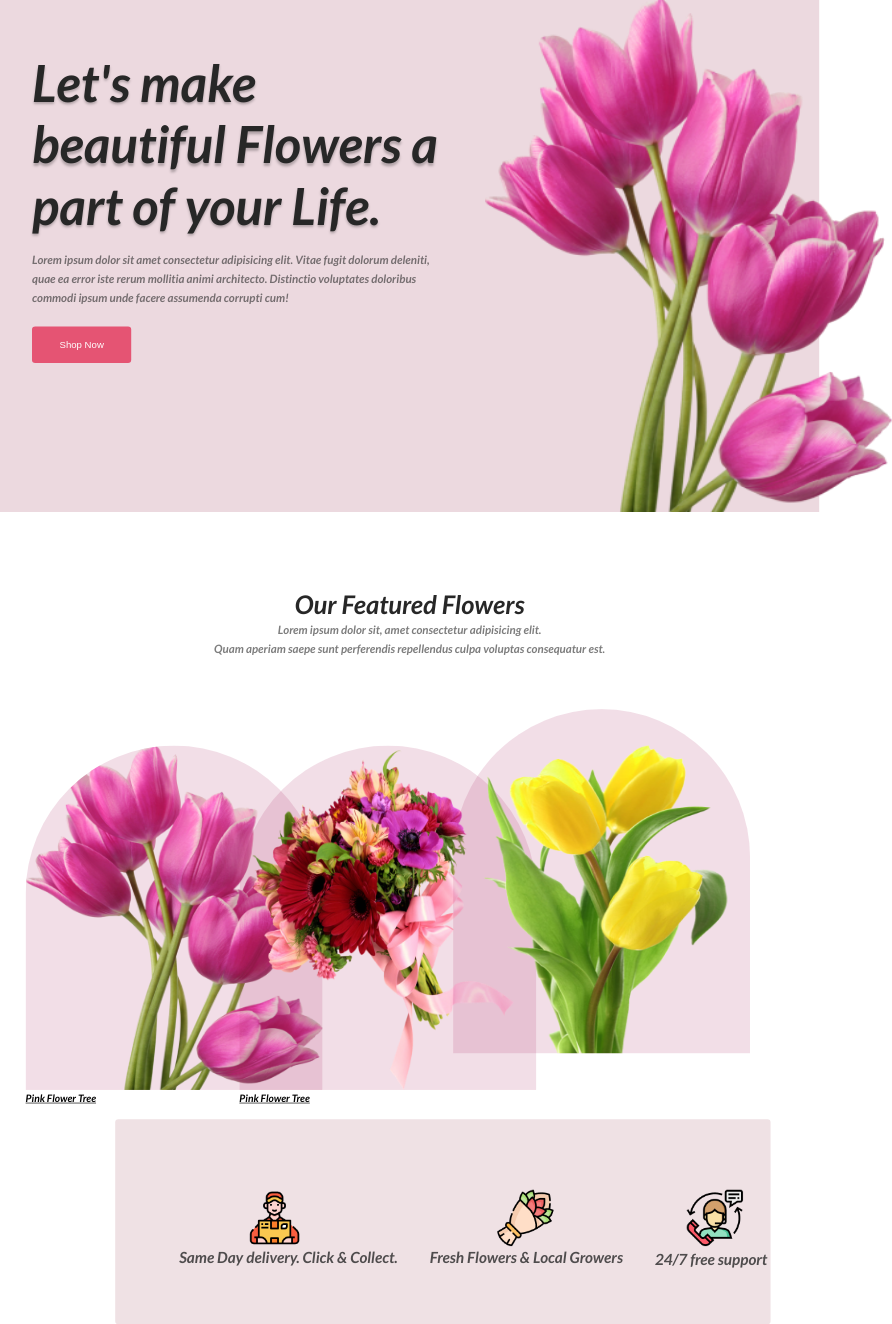
Repository: AnitaAkter/anita-flower-shop
Page: index.html
An editor plug-in stored every save of this project. The page is shown before and after a run of saves, followed by the edit.
The browser window is 1280 px wide. The page is 1393 px wide, so the pictures cover 1393 px, including what lies to the right of the window. The pictures show the whole page, at 64% of full size.

Above is the page before, as saved 2023-09-05 22:11:33.

### index.html
<!DOCTYPE html>
<html lang="en">

<head>
    <meta charset="UTF-8">
    <meta http-equiv="X-UA-Compatible" content="IE=edge">
    <meta name="viewport" content="width=device-width, initial-scale=1.0">
    <title>Anita's Flower Shop</title>
    <link rel="preconnect" href="https://fonts.googleapis.com">
    <link rel="preconnect" href="https://fonts.gstatic.com" crossorigin>
    <link href="https://fonts.googleapis.com/css2?family=Lato:ital,wght@1,700&display=swap" rel="stylesheet">
    <link rel="stylesheet" href="style.css">
</head>

<body>
    <div>
        <!-- /* Header -section start */ -->
        <header>
            <div class="header-intro">
                <h1>Let's make <br> beautiful Flowers a <br>part of your Life.</h1>
                <div class="header-p">
                    <p>Lorem ipsum dolor sit amet consectetur adipisicing elit. Vitae fugit dolorum deleniti, quae ea
                        error
                        iste rerum mollitia animi architecto. Distinctio voluptates doloribus commodi ipsum unde facere
                        assumenda corrupti cum!</p>
                </div>
                <button class="header-btn">Shop Now</button>
            </div>
            <div class="header-pic">
                <img src="images/pngwing 6.png" alt="">
            </div>
        </header>
        <!-- /* Header -section end */ -->
        <main>
            <div class="flowers-info">
                <h3>Our Featured Flowers</h3>
                <p>Lorem ipsum dolor sit, amet consectetur adipisicing elit. <br>
                    Quam aperiam saepe sunt perferendis repellendus culpa voluptas consequatur est.
                </p>
            </div>
            <div class="flowers-add">
                <div class="flowers-img">
                    <div class="flowers">
                        <img src="images/pngwing 6.png" alt="">
                        <p> <u>Pink Flower Tree</u> </p>
                    </div>
                    <div class="flowers">
                        <img src="images/pngwing 5.png" alt="">
                        <p><u>Pink Flower Tree</u></p>
                    </div>
<div>
    <img class="flowers" src="images/pngwing 7.png" alt="">
</div>

                </div>
            </div>






            <!-- Delivery section start -->
            <div class="delivery">
                <div class="delivery-img">
                    <div class="d-img">
                        <img src="images/Group 57.png" alt="">
                        <p>Same Day delivery. Click & Collect.</p>
                    </div>
                    <div class="d-img">
                        <img src="images/Group 58.png" alt="">
                        <p>Fresh Flowers & Local Growers</p>
                    </div>
                    <div>
                        <img src="images/Group 59.png" alt="">
                        <p>24/7 free support</p>
                    </div>
                </div>
            </div>
            <!-- Delivery section start -->
        </main>

    </div>
</body>

</html>

### style.css
/* Header -section start */

* {
    margin: 0;
    padding: 0;
    box-sizing: border-box;
}

body {
    font-family: 'Lato', sans-serif;
    font-weight: 900;
    width: 100%;
}

header {
    display: flex;
    background-color: hsl(342, 34%, 89%);
    width: 100%;
    height: 800px;
}

.header-intro {
    margin-top: 80px;
    margin-left: 50px;
    width: 708px;
    height: 506px;


}

.header-intro h1 {
    color: #272727;
    text-shadow: 0px 4px 4px rgba(0, 0, 0, 0.25);
    font-family: Lato;
    font-size: 80px;
    font-style: normal;
    font-weight: 800;
    line-height: normal;
    width: 708px;
    height: 310px;


}

.header-p {
    color: rgba(39, 39, 39, 0.60);
    font-family: Lato;
    font-size: 18px;
    font-style: normal;
    font-weight: 400;
    line-height: 30px;
    width: 634px;
    height: 120px;
    gap: 32px;



    /* 166.667% */
}

.header-btn {
    background-color: #E55473;
    border-radius: 5px;
    border: none;
    color: white;
    font-size: 15px;
    display: inline-flex;
    padding: 20px 43px;
    align-items: flex-start;
    gap: 10px;

}

.header-pic {
    width: 635px;
    height: 800px;
    margin-bottom: 0%;
    margin-right: auto;

}


.header-pic img {
    width: 635px;
    height: 800px;
    margin-bottom: 0%;
}

/* Header -section end */


/* flowers info styles */
.flowers-info {
    margin-top: 120px;
}

.flowers-info h3 {
    color: #272727;
    text-align: center;
    font-family: Lato;
    font-size: 40px;
    font-style: normal;
    font-weight: 800;
    line-height: normal;
}

.flowers-info p {
    color: rgba(39, 39, 39, 0.60);
    text-align: center;
    font-family: Lato;
    font-size: 18px;
    font-style: normal;
    font-weight: 400;
    line-height: 30px;
    /* 166.667% */
}


.flowers-add {
    margin-top: 80px;
    align-items: center;
    margin-left: 40px;


}

.flowers-img {
    display: flex;
    align-items: center;
    gap: 24px;
}

.flowers-img img {
    width: 464px;
    height: 538px;
    display: inline-flex;
    background-image: url('/images/Rectangle\ 3\ \(1\).png');
    align-content: center;
    border-radius: 300px 300px 0px 0px;
    background: rgba(167, 33, 98, 0.15);
    gap: 24px;

}

.flowers {

    width: 310px;
    height: 428px;
    flex-shrink: 0;
    align-content: center;

}





/* delivery section start */
.delivery {
    margin-top: 100px;
    margin-left: 180px;
    margin-right: 140px;
    background-color: #efe1e4;
    display: flex;
    width: 80%;
    height: 320px;
    border-radius: 5px;
    padding: 30px;
}

.delivery-img p {
    color: rgba(39, 39, 39, 0.80);

    font-family: Lato;
    font-size: 24px;
    font-style: normal;
    font-weight: 600;
    line-height: 35px;
    margin-left: -50px;


}

.delivery-img {
    display: inline-flex;
    margin-top: 80px;
    margin-left: 120px;
    gap: 100px;
    height: 30px;
    align-content: center;
    position: absolute;

}

.d-img img {
    display: grid;
    justify-content: center;
    margin-left: 55px;

}

After the next 2 saves:
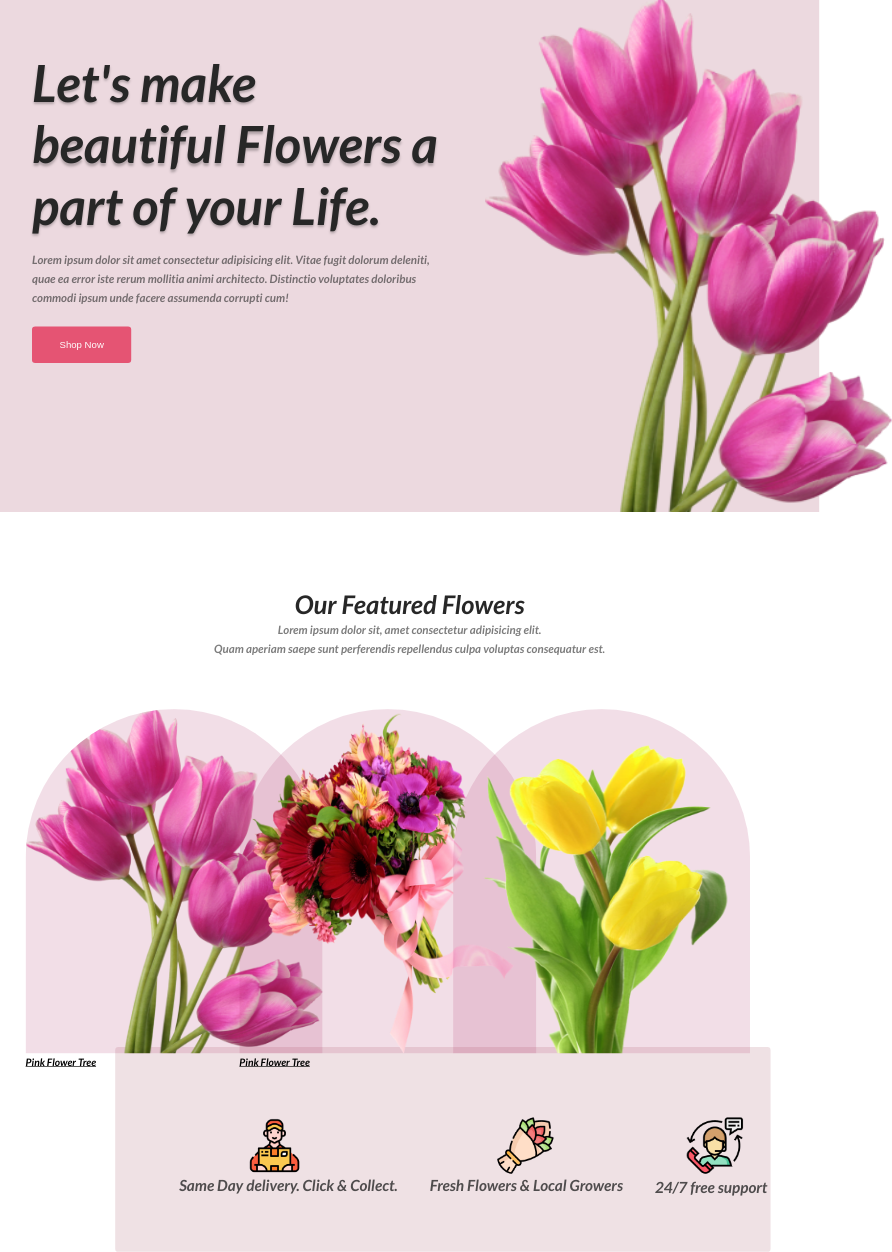
The 2 saves are shown as one change because they came seconds apart.
The last was saved 6 s later.
--- a/index.html
+++ b/index.html
@@ -48,8 +48,8 @@
                         <img src="images/pngwing 5.png" alt="">
                         <p><u>Pink Flower Tree</u></p>
                     </div>
-<div>
-    <img class="flowers" src="images/pngwing 7.png" alt="">
+<div class="flowers">
+    <img  src="images/pngwing 7.png" alt="">
 </div>
 
                 </div>
